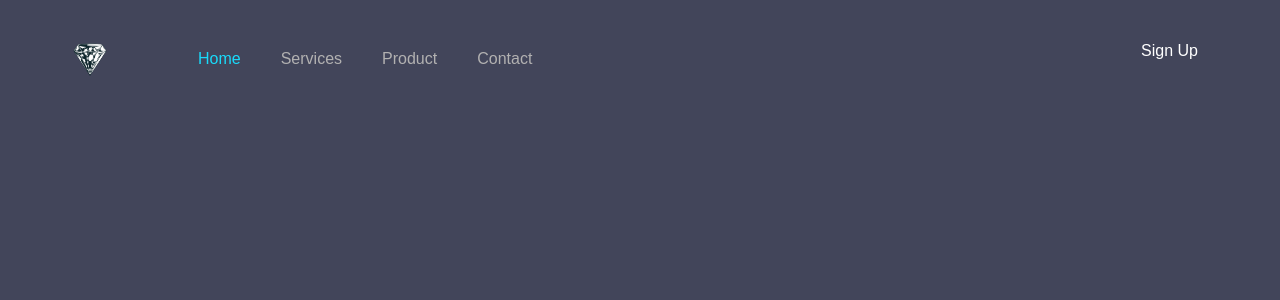
Repository: Aakarshit-Sharma19/Basic-HTML-and-CSS-Page-
Page: index.html
These files come from the project's save history. The page is drawn as it stood at one moment and after the next save; the edit follows.
The browser window is 1280 px wide. The pictures show the whole page.

Above is the page before, as saved 2020-11-10 15:08:30.

After the next save:
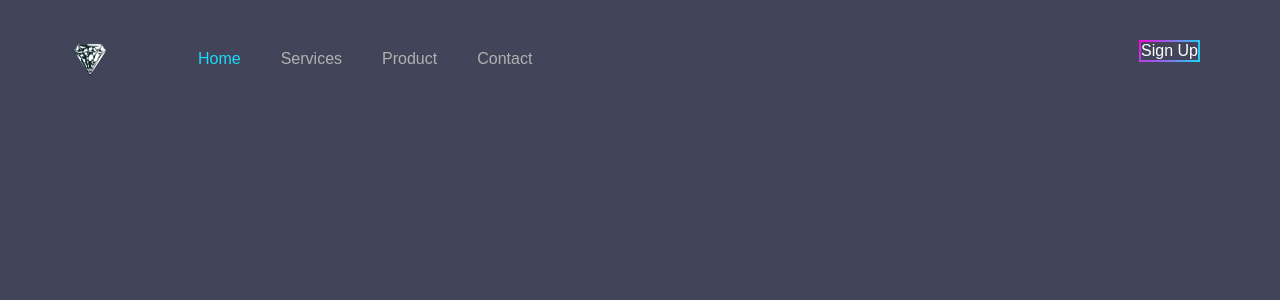
Saved 8 s later.
--- a/style.css
+++ b/style.css
@@ -43,5 +43,5 @@ body{
     border: 2px solid transparent;
     background-image: linear-gradient(#42455a, #42455a), radial-gradient(circle at top left, #fd00da, #19d7f8);
     background-origin: border-box;
-    background-clip: content-box;border-box;
+    background-clip: content-box,border-box;
 }
